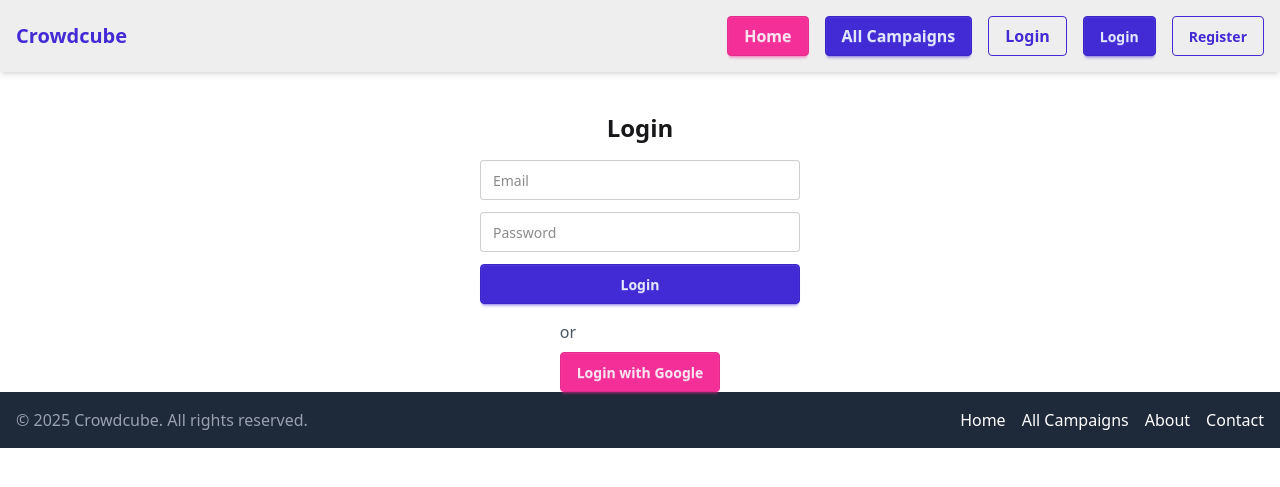
Repository: Aminul-Islam85/crowd-client
Page: /login
An editor plug-in stored every save of this project. The page is shown before and after the next save, followed by the edit.
The browser window is 1280 px wide. The pictures show the whole page.
The project was rebuilt for these pictures with package versions that can differ from the ones it lists, and the page was loaded fresh each time. Also part of the build but not shown: vite.config.js, src/pages/Home.jsx, src/pages/auth/Register.jsx, src/pages/AddCampaign.jsx, src/pages/Campaigns.jsx, src/pages/CampaignDetails.jsx, src/pages/MyDonations.jsx, src/pages/MyCampaigns.jsx and 1 more.

Above is the page before, as saved 2025-03-19 10:57:01.

### src/main.jsx
import { StrictMode } from "react";
import { createRoot } from "react-dom/client";
import "./index.css";
import App from "./App.jsx";
import { AuthProvider } from "./context/AuthContext"; // ✅ Import AuthProvider

createRoot(document.getElementById("root")).render(
  <StrictMode>
    <AuthProvider> {/* ✅ Wrap App with AuthProvider */}
      <App />
    </AuthProvider>
  </StrictMode>
);

### src/App.jsx
import { BrowserRouter as Router, Routes, Route, Navigate, useLocation } from "react-router-dom";
import Navbar from "./components/Navbar";
import Footer from "./components/Footer";
import { useAuthState } from "react-firebase-hooks/auth";
import { auth } from "./config/firebase";
import { AuthProvider } from "./context/AuthContext";
import { ToastContainer } from "react-toastify";
import "react-toastify/dist/ReactToastify.css";

import Home from "./pages/Home";
import Login from "./pages/auth/Login";
import Register from "./pages/auth/Register";
import AddCampaign from "./pages/AddCampaign";
import Campaigns from "./pages/Campaigns";
import CampaignDetails from "./pages/CampaignDetails";
import MyDonations from "./pages/MyDonations";
import MyCampaigns from "./pages/MyCampaigns";
import NotFound from "./pages/NotFound";

const PrivateRoute = ({ children }) => {
  const [user] = useAuthState(auth);
  const location = useLocation();
  return user ? children : <Navigate to="/login" state={{ from: location }} replace />;
};

function App() {
  return (
    <AuthProvider>
      <Router>
        <ToastContainer position="top-right" autoClose={3000} />
        <Navbar />
        <Routes>
          <Route path="/" element={<Home />} />
          <Route path="/login" element={<Login />} />
          <Route path="/register" element={<Register />} />
          <Route path="/add-campaign" element={<PrivateRoute><AddCampaign /></PrivateRoute>} />
          <Route path="/campaigns" element={<Campaigns />} />
          <Route path="/campaigns/:id" element={<CampaignDetails />} />
          <Route path="/my-donations" element={<PrivateRoute><MyDonations /></PrivateRoute>} />
          <Route path="/my-campaigns" element={<PrivateRoute><MyCampaigns /></PrivateRoute>} />
          <Route path="*" element={<NotFound />} />
        </Routes>
        <Footer />
      </Router>
    </AuthProvider>
  );
}

export default App;

### src/context/AuthContext.jsx
import { createContext, useContext, useState, useEffect } from "react";
import { auth } from "../config/firebase";
import { onAuthStateChanged } from "firebase/auth";

const AuthContext = createContext();

export const AuthProvider = ({ children }) => {
  const [user, setUser] = useState(null);
  const [loading, setLoading] = useState(true);

  useEffect(() => {
    const unsubscribe = onAuthStateChanged(auth, (currentUser) => {
      setUser(currentUser);
      setLoading(false);
    });
    return () => unsubscribe();
  }, []);

  return (
    <AuthContext.Provider value={{ user }}>
      {!loading && children}
    </AuthContext.Provider>
  );
};

export const useAuth = () => useContext(AuthContext);

### src/components/Navbar.jsx
import { Link } from "react-router-dom";
import { useAuthState } from "react-firebase-hooks/auth";
import { auth } from "../config/firebase";
import { FaUserCircle } from "react-icons/fa";

const Navbar = () => {
  const [user] = useAuthState(auth);

  const handleLogout = async () => {
    await auth.signOut();
  };

  return (
    <nav className="flex flex-wrap justify-between items-center p-4 bg-base-300 shadow-md">

      <Link to="/" className="text-xl font-bold text-primary">
        Crowdcube
      </Link>


      <div className="flex flex-wrap items-center space-x-2 md:space-x-4">
        <Link to="/" className="btn btn-secondary text-sm md:text-base">Home</Link>
        <Link to="/campaigns" className="btn btn-primary text-sm md:text-base">All Campaigns</Link>
        <button className="btn btn-outline btn-primary text-sm md:text-base">Login</button>


        {user && (
          <>
            <Link to="/add-campaign" className="btn btn-outline btn-primary">Add Campaign</Link>
            <Link to="/my-campaigns" className="btn btn-outline btn-secondary">My Campaigns</Link>
            <Link to="/my-donations" className="btn btn-outline btn-primary">My Donations</Link>


            <div className="relative group flex items-center">
              <FaUserCircle className="text-3xl text-primary cursor-pointer" />
              <div className="absolute hidden group-hover:block bg-white p-2 rounded shadow-md right-0 mt-2">
                <p className="text-sm font-semibold">{user.displayName || "User"}</p>
                <p className="text-xs text-gray-600">{user.email}</p>
              </div>
            </div>


            <button onClick={handleLogout} className="btn btn-error">Log Out</button>
          </>
        )}


        {!user && (
          <>
            <Link to="/login" className="btn btn-primary">Login</Link>
            <Link to="/register" className="btn btn-outline btn-primary">Register</Link>
          </>
        )}
      </div>
    </nav>
  );
};

export default Navbar;

### src/components/Footer.jsx
import { Link } from "react-router-dom";

const Footer = () => {
  return (
    <footer className="flex flex-col md:flex-row justify-between items-center p-4 bg-gray-800 text-white text-center md:text-left">
      <p className="text-gray-400">© {new Date().getFullYear()} Crowdcube. All rights reserved.</p>
      <div className="flex flex-col md:flex-row space-y-2 md:space-y-0 md:space-x-4 mt-2 md:mt-0">
        <Link to="/" className="hover:text-gray-300">Home</Link>
        <Link to="/campaigns" className="hover:text-gray-300">All Campaigns</Link>
        <Link to="/about" className="hover:text-gray-300">About</Link>
        <Link to="/contact" className="hover:text-gray-300">Contact</Link>
      </div>
    </footer>
  );
};

export default Footer;

### src/config/firebase.js
import { initializeApp } from "firebase/app";
import { getAuth, GoogleAuthProvider } from "firebase/auth";

const firebaseConfig = {
  apiKey: import.meta.env.VITE_FIREBASE_API_KEY,
  authDomain: import.meta.env.VITE_FIREBASE_AUTH_DOMAIN,
  projectId: import.meta.env.VITE_FIREBASE_PROJECT_ID,
  storageBucket: import.meta.env.VITE_FIREBASE_STORAGE_BUCKET,
  messagingSenderId: import.meta.env.VITE_FIREBASE_MESSAGING_SENDER_ID,
  appId: import.meta.env.VITE_FIREBASE_APP_ID,
};

const app = initializeApp(firebaseConfig);
const auth = getAuth(app);
export const googleProvider = new GoogleAuthProvider();

export { auth, app };

### src/pages/auth/Login.jsx
import { useState } from "react";
import { auth, googleProvider } from "../../config/firebase";
import { signInWithEmailAndPassword, signInWithPopup } from "firebase/auth";
import { useNavigate, useLocation } from "react-router-dom";
import { toast } from "react-toastify";
import "react-toastify/dist/ReactToastify.css";

const Login = () => {
  const [form, setForm] = useState({ email: "", password: "" });
  const navigate = useNavigate();
  const location = useLocation();
  const from = location.state?.from?.pathname || "/"; // Redirect after login

  const handleChange = (e) => {
    setForm({ ...form, [e.target.name]: e.target.value });
  };


  const validatePassword = (password) => {
    return /[A-Z]/.test(password) && /[a-z]/.test(password) && password.length >= 6;
  };


  const handleSubmit = async (e) => {
    e.preventDefault();

    if (!validatePassword(form.password)) {
      toast.error("Password must have uppercase, lowercase, and at least 6 characters!");
      return;
    }

    try {
      await signInWithEmailAndPassword(auth, form.email, form.password);
      toast.success("Login successful! Redirecting...");
      setTimeout(() => navigate(from, { replace: true }), 2000);
    } catch (err) {
      toast.error(`Login failed: ${err.message}`);
    }
  };


  const handleGoogleLogin = async () => {
    try {
      await signInWithPopup(auth, googleProvider);
      toast.success("Google Login successful! Redirecting...");
      setTimeout(() => navigate(from, { replace: true }), 2000);
    } catch (err) {
      toast.error(`Google login failed: ${err.message}`);
    }
  };

  return (
    <div className="flex flex-col items-center mt-10">
      <h2 className="text-2xl font-bold mb-4">Login</h2>
      <form onSubmit={handleSubmit} className="flex flex-col gap-3 w-80">
        <input type="email" name="email" placeholder="Email" className="input input-bordered w-full" onChange={handleChange} required />
        <input type="password" name="password" placeholder="Password" className="input input-bordered w-full" onChange={handleChange} required />
        <button type="submit" className="btn btn-primary w-full">Login</button>
      </form>

      <div className="mt-4">
        <p className="text-gray-600">or</p>
        <button onClick={handleGoogleLogin} className="btn btn-secondary w-full mt-2">
          Login with Google
        </button>
      </div>
    </div>
  );
};

export default Login;

Loaded but not shown: index.html (common file); src/index.css (common file)

After the next save:
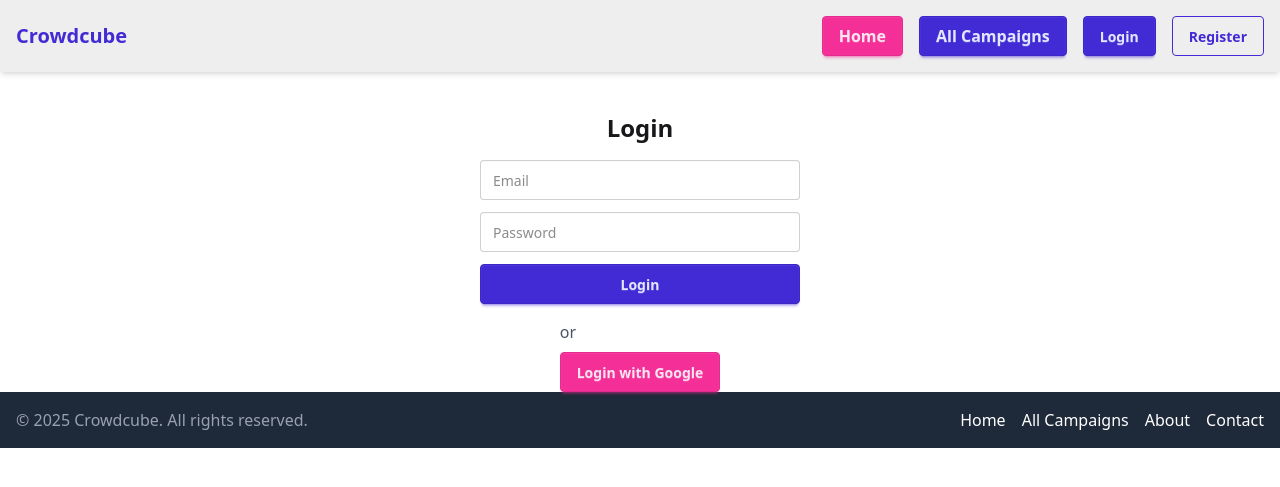
Saved 9 min 48 s later.
--- a/src/components/Navbar.jsx
+++ b/src/components/Navbar.jsx
@@ -21,7 +21,7 @@ const Navbar = () => {
       <div className="flex flex-wrap items-center space-x-2 md:space-x-4">
         <Link to="/" className="btn btn-secondary text-sm md:text-base">Home</Link>
         <Link to="/campaigns" className="btn btn-primary text-sm md:text-base">All Campaigns</Link>
-        <button className="btn btn-outline btn-primary text-sm md:text-base">Login</button>
+
 
 
         {user && (
